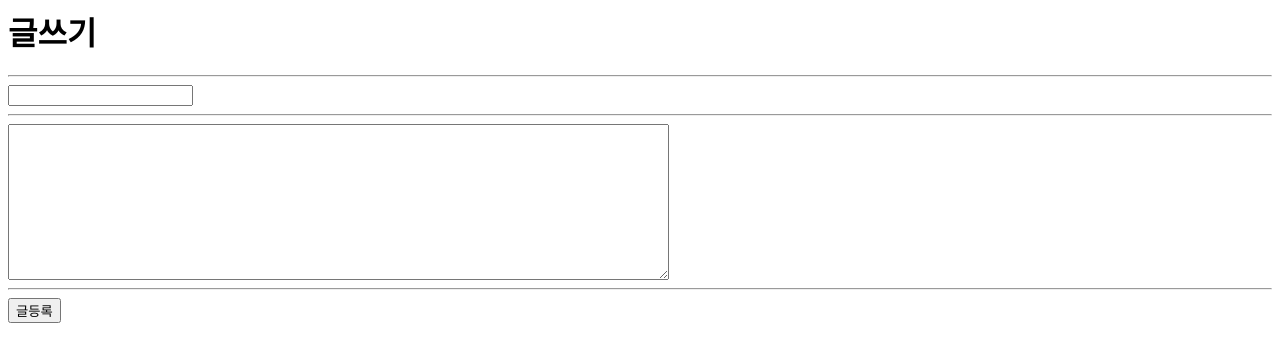
Repository: wkdtkgkek16/web01
Page: http://localhost/ex01/update.jsp
The author's editor kept a copy of each file at every save. The page is drawn from the files as they stood at one save, then again after the next save.
The browser window is 1280 px wide. The pictures show the whole page.
The page is served by Tomcat 9. Other server files are loaded and not shown.

Above is the page before, as saved 2023-03-27 02:52:29.

### ex01/WebContent/update.jsp
<%@ page language="java" contentType="text/html; charset=UTF-8"
    pageEncoding="UTF-8"%>
<h1>글쓰기</h1>
<form>
	<hr/>
	<input type="text" name="title"/>
	<hr/>
	<textarea rows="10" cols="80"></textarea>
	<hr/>
	<button>글등록</button>
</form>

After the next save:
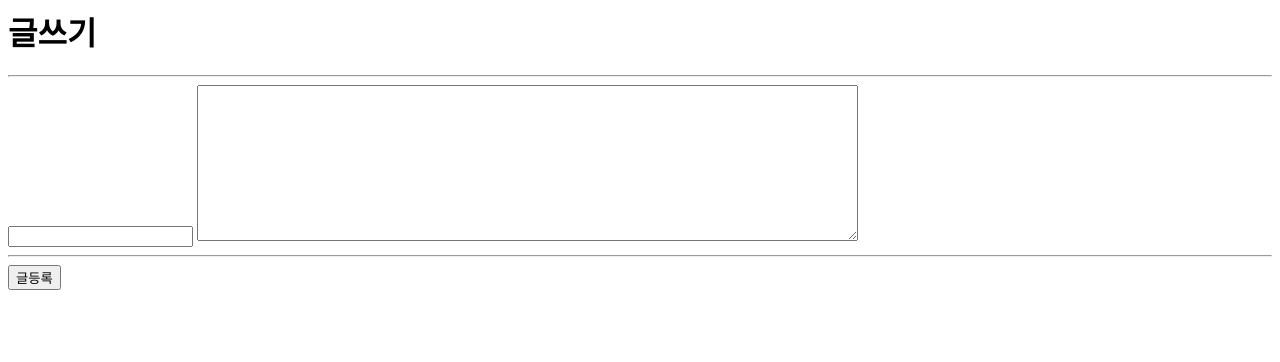
Saved 8 s later.
--- a/ex01/WebContent/update.jsp
+++ b/ex01/WebContent/update.jsp
@@ -4,7 +4,6 @@
 <form>
 	<hr/>
 	<input type="text" name="title"/>
-	<hr/>
 	<textarea rows="10" cols="80"></textarea>
 	<hr/>
 	<button>글등록</button>

After the save that followed:
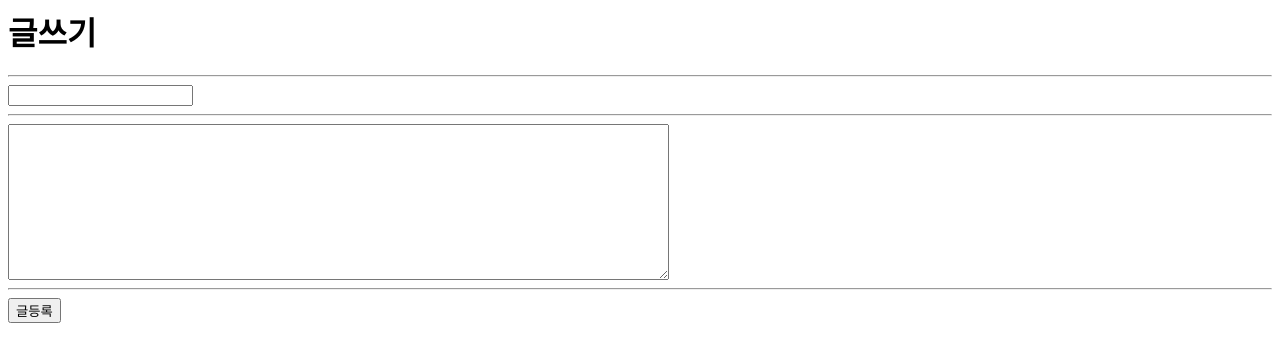
Saved 12 s later.
--- a/ex01/WebContent/update.jsp
+++ b/ex01/WebContent/update.jsp
@@ -4,6 +4,7 @@
 <form>
 	<hr/>
 	<input type="text" name="title"/>
+	<hr/>
 	<textarea rows="10" cols="80"></textarea>
 	<hr/>
 	<button>글등록</button>
